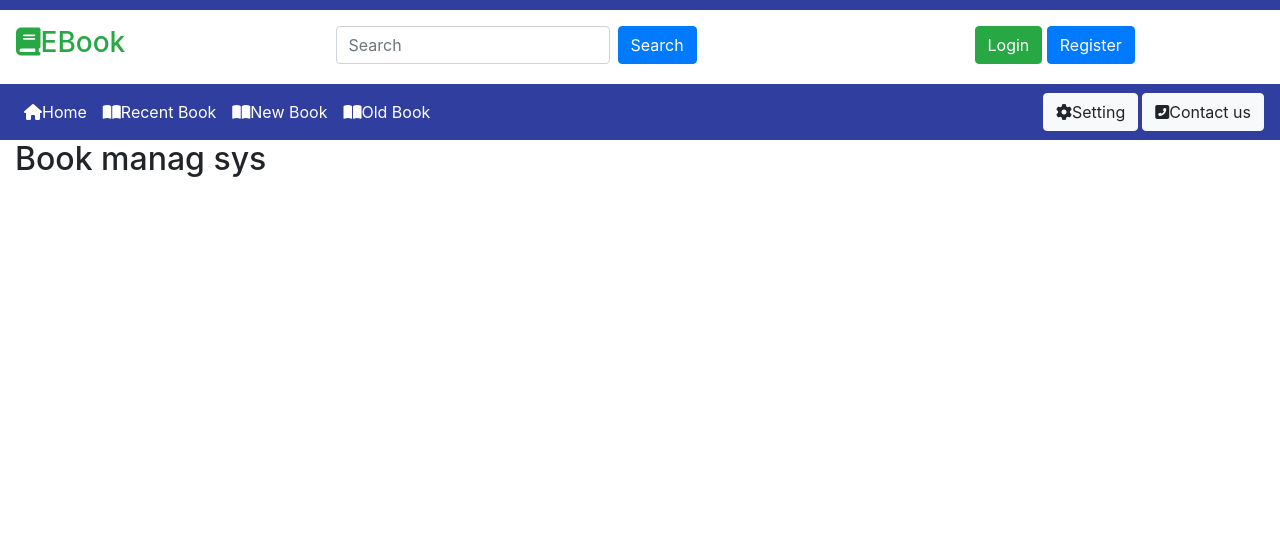
Repository: DaoThanhLam/eProjectKy4
Page: http://localhost/bookma_pro/
The author's editor kept a copy of each file at every save. The page is drawn from the files as they stood at one save, then again after the next save.
The browser window is 1280 px wide. The pictures show the whole page.
Some web libraries are served in a nearby version. The page is served by Tomcat 9.

Above is the page before, as saved 2024-11-14 08:08:10.

After the next save:
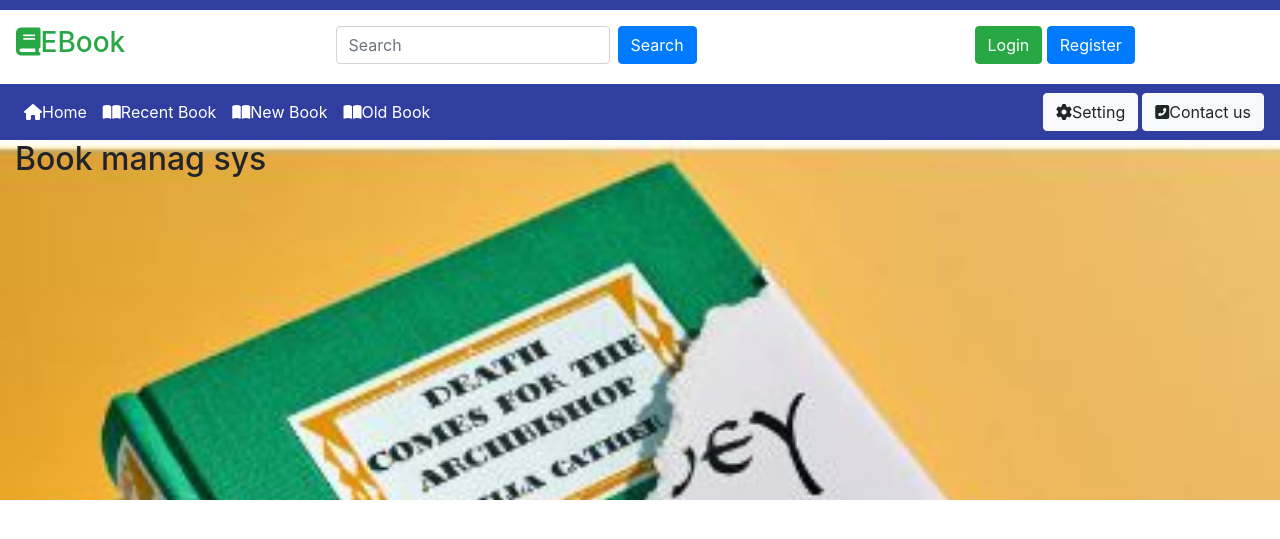
Saved 55 s later.
--- a/bookma_pro/src/main/webapp/index.jsp
+++ b/bookma_pro/src/main/webapp/index.jsp
@@ -19,7 +19,7 @@
 </head>
 <body>
 	<%@include file="components/navbar.jsp"%>
-	<div class="container-fluid">
+	<div class="container-fluid back-img">
 		<h2>Book manag sys</h2>
 	</div>
 
